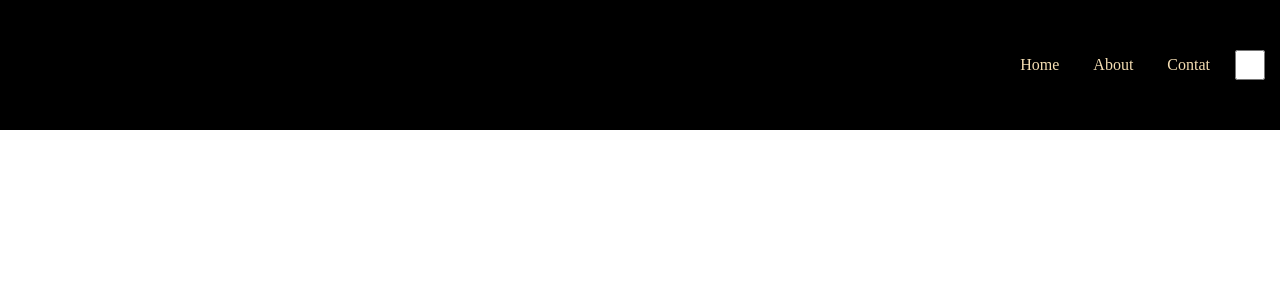
Repository: imokha01/toggleNavBar
Page: index.html
The author's editor kept a copy of each file at every save. The page is drawn from the files as they stood at one save, then again after the next save.
The browser window is 1280 px wide. The pictures show the whole page.

Above is the page before, as saved 2023-12-26 22:25:18.

### index.html
<!DOCTYPE html>
<html lang="en">
<head>
    <meta charset="UTF-8">
    <meta name="viewport" content="width=device-width, initial-scale=1.0">
    <title>Toggle Nav Bar</title>
    <link rel="stylesheet" href="style.css">
</head>
<body>
    <header class="header">
        <div class="header__content">
            <nav class="header__content__navbar">
                <li class="header__content__navbar__list">
                    <a href="#" class="header__content__navbar__link">Home</a>
                </li>
                <li class="header__content__navbar__list">
                    <a href="#" class="header__content__navbar__link">About</a>
                </li>
                <li class="header__content__navbar__list">
                    <a href="#" class="header__content__navbar__link">Contat</a>
                </li>
            </nav>
            <input type="checkbox" class="checkbox toggle-triger">
        </div>

    </header>
</body>
</html>

### style.css
*{
    margin: 0;
    padding: 0;
    box-sizing: border-box;
}

.header {
    background: #000;
    /* height: 70px; */

}


.header__content__navbar__list {
    display: inline-block;
    list-style-type: none;
}

.header__content__navbar__link{
    color: wheat;
    text-decoration: none;
    padding: 15px;
}

.header__content {
    display: flex;
    justify-content: end;
    align-items: center;
    padding: 15px;
    gap: 10px;
}

.checkbox {
    width: 30px;
    height:100px;
    border-radius: 100px;
    /* appearance: none; */


}

After the next save:
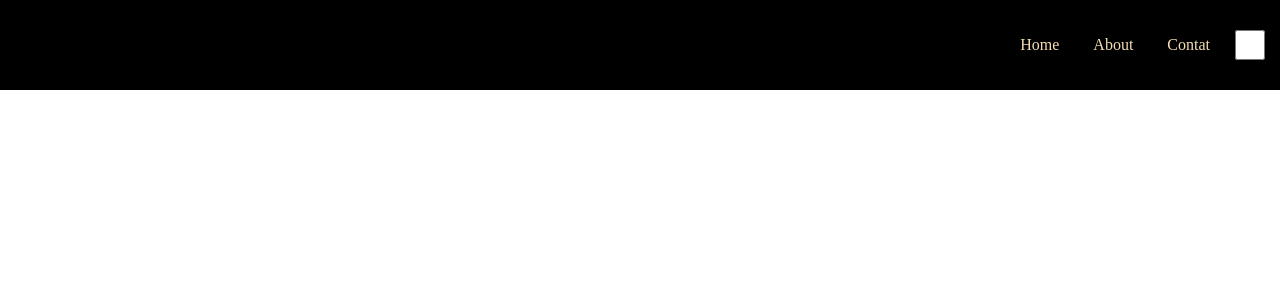
Saved 7 s later.
--- a/style.css
+++ b/style.css
@@ -32,7 +32,7 @@
 
 .checkbox {
     width: 30px;
-    height:100px;
+    height:60px;
     border-radius: 100px;
     /* appearance: none; */
 
